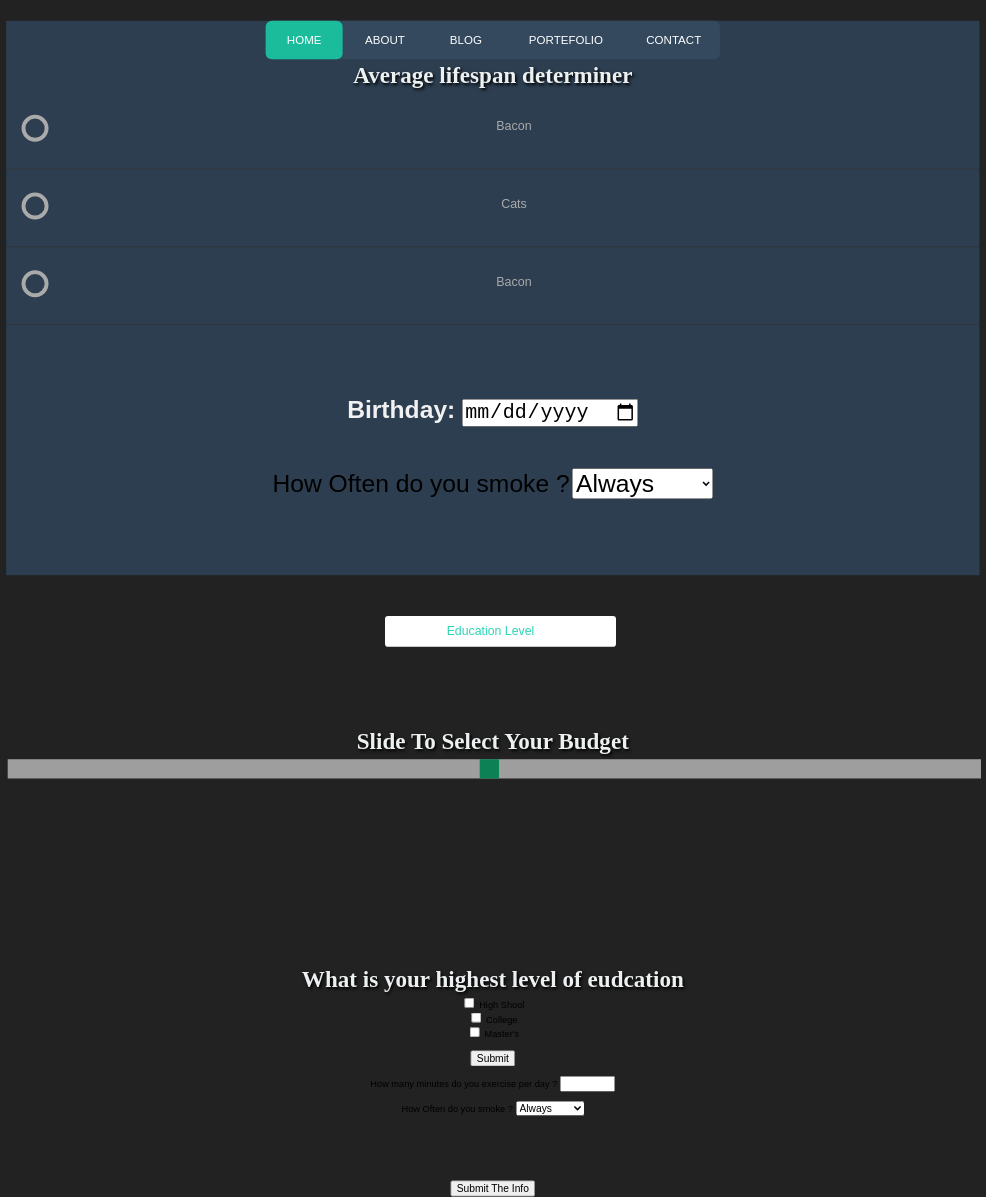
Repository: navid-amini12/capstone-1
Page: wordgame.html
An editor plug-in stored every save of this project. The page is shown before and after the next save, followed by the edit.
The browser window is 1280 px wide. The pictures show the whole page, at 77% of full size.

Above is the page before, as saved 2022-06-01 13:32:16.
Console error: TypeError: Cannot set properties of null (setting 'innerHTML')

After the next save:
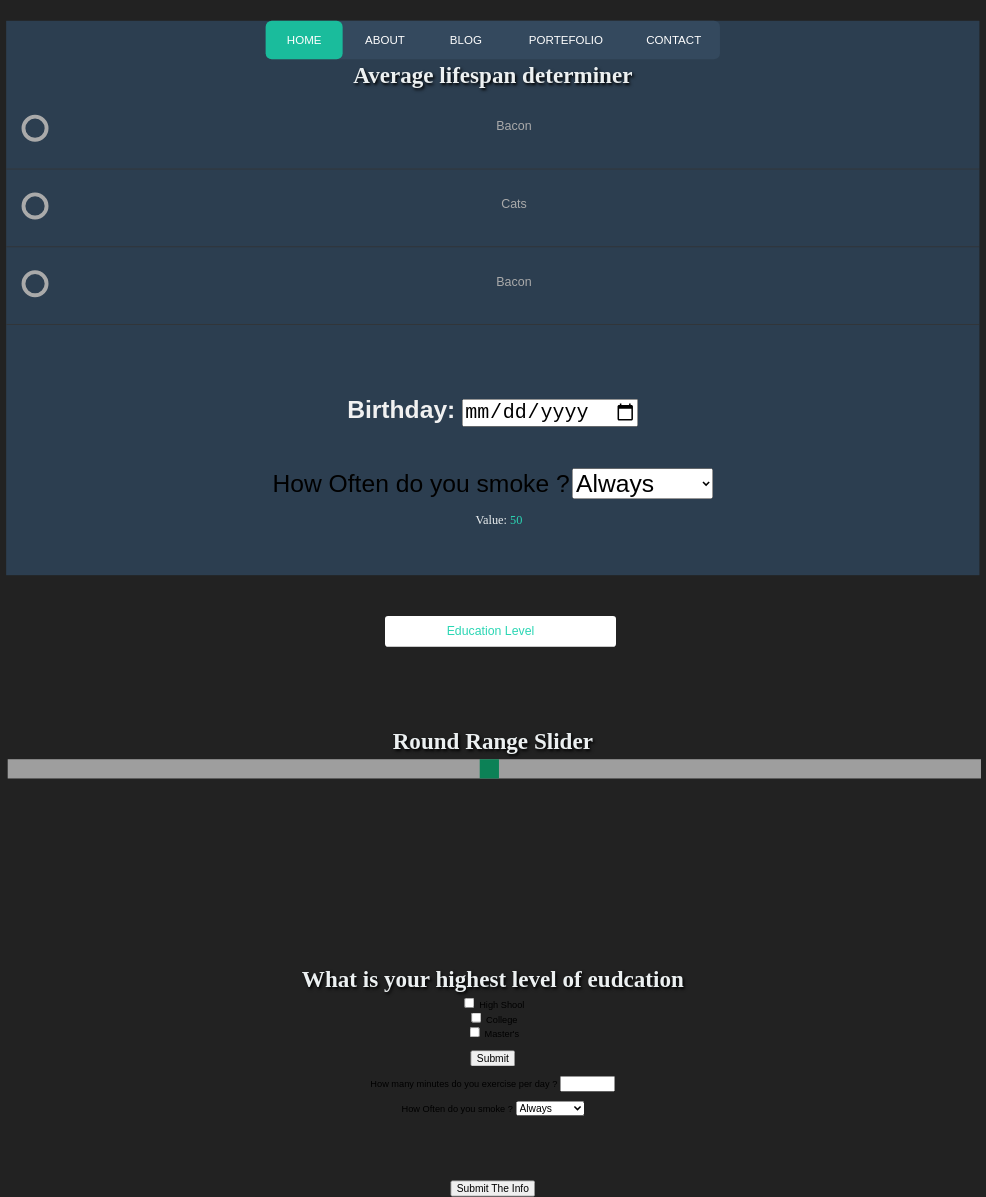
The error is gone.
Saved 37 s later.
--- a/wordgame.html
+++ b/wordgame.html
@@ -169,13 +169,11 @@
 
 
 <br><br><br><br><br><br><br><br><br><br><br><br><br><br><br><br><br>
-<h1>Slide To Select Your Budget</h1>
+<h1>Round Range Slider</h1>
 
 <div class="slidecontainer">
-
-
-
   <input type="range" min="1" max="100" value="50" class="slider" id="myRange">
+  <p>Value: <span id="demo"></span></p>
 </div>
 
 <br><br><br><br><br><br><br><br><br><br><br><br><br><br><br><br><br>
